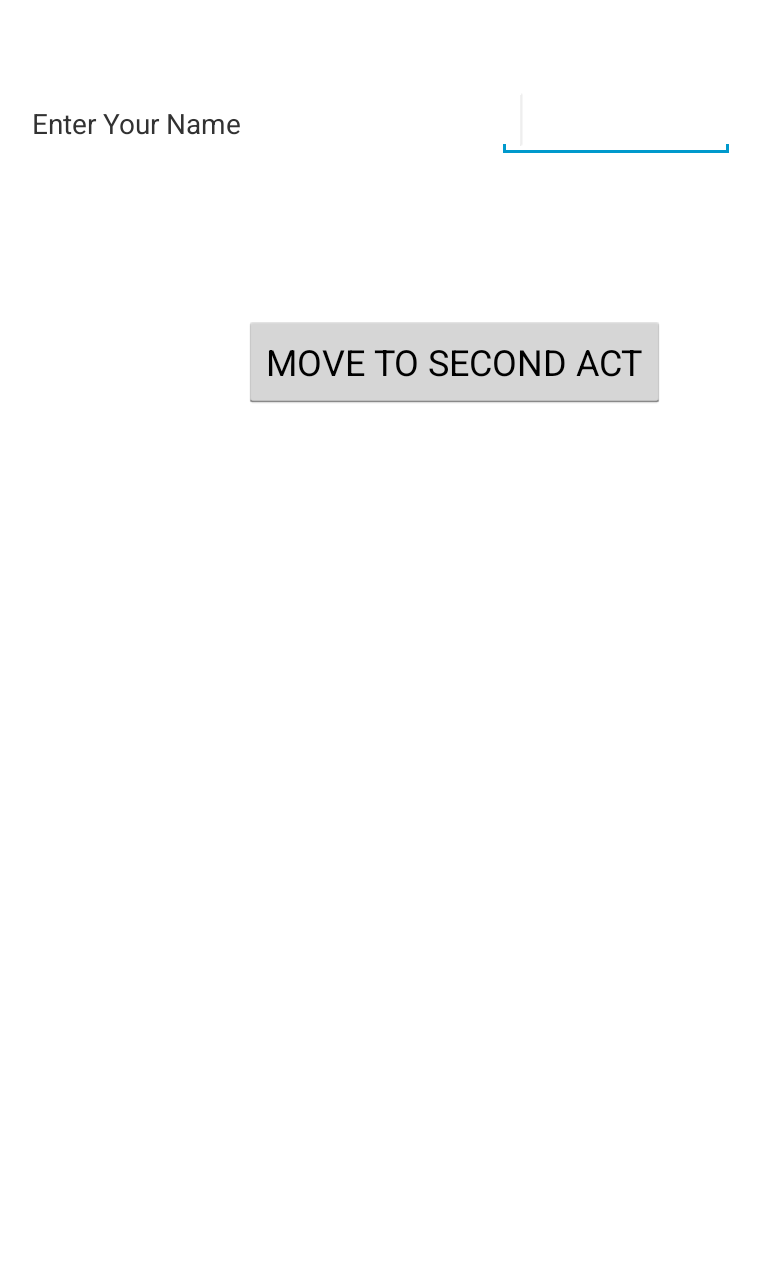
Repository: arjuntheprogrammer/iact
Layout: iact/iact android practice/mywork/BundleDemo/res/layout/activity_main.xml
An editor plug-in stored every save of this project. The layout is shown before and after the next save, followed by the edit.
It is drawn on a 768 x 1280 px phone screen (xhdpi) without system bars, with theme AppTheme; the app's code is not run.

Above is the layout before, as saved 2015-12-26 00:28:11.

After the next save:
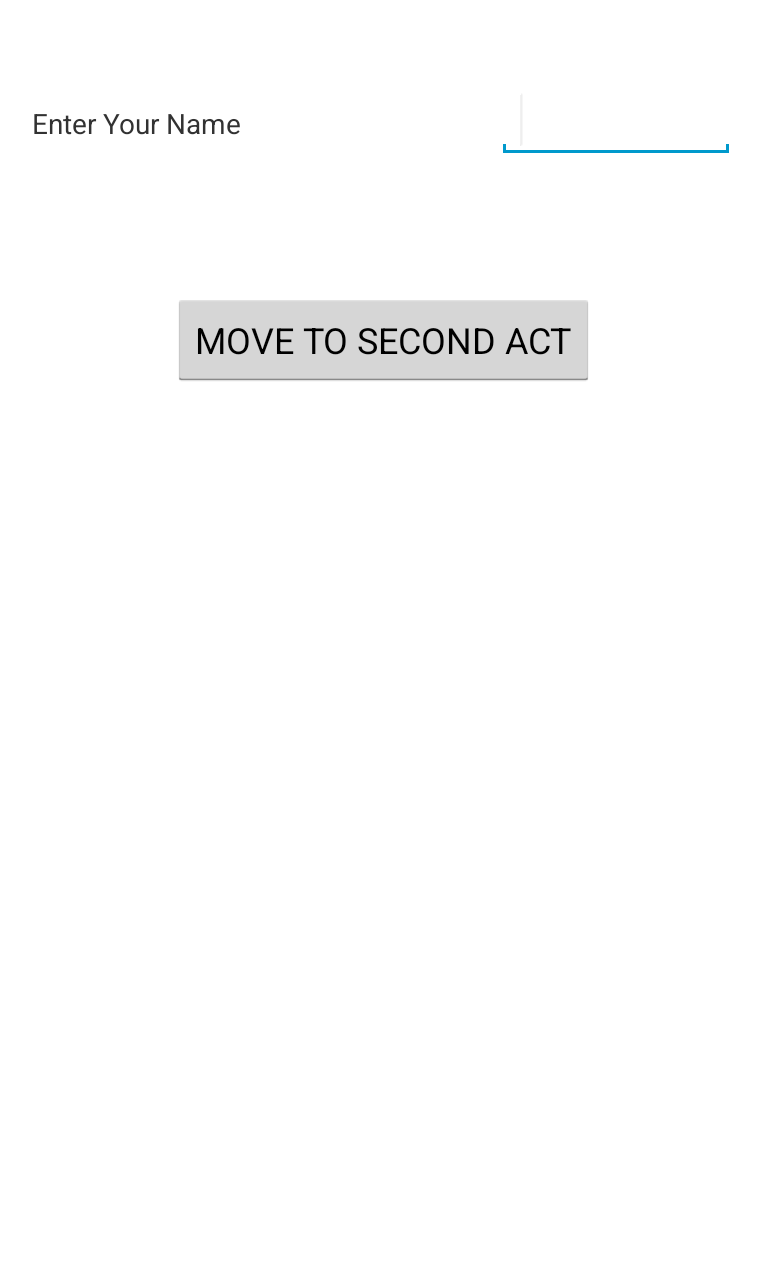
Saved 9 s later.
--- a/iact/iact android practice/mywork/BundleDemo/res/layout/activity_main.xml
+++ b/iact/iact android practice/mywork/BundleDemo/res/layout/activity_main.xml
@@ -35,8 +35,8 @@
         android:layout_width="wrap_content"
         android:layout_height="wrap_content"
         android:layout_below="@+id/editText1"
-        android:layout_marginTop="77dp"
-        android:layout_toRightOf="@+id/textView1"
+        android:layout_centerHorizontal="true"
+        android:layout_marginTop="66dp"
         android:text="MOVE TO SECOND ACT" />
 
 </RelativeLayout>
